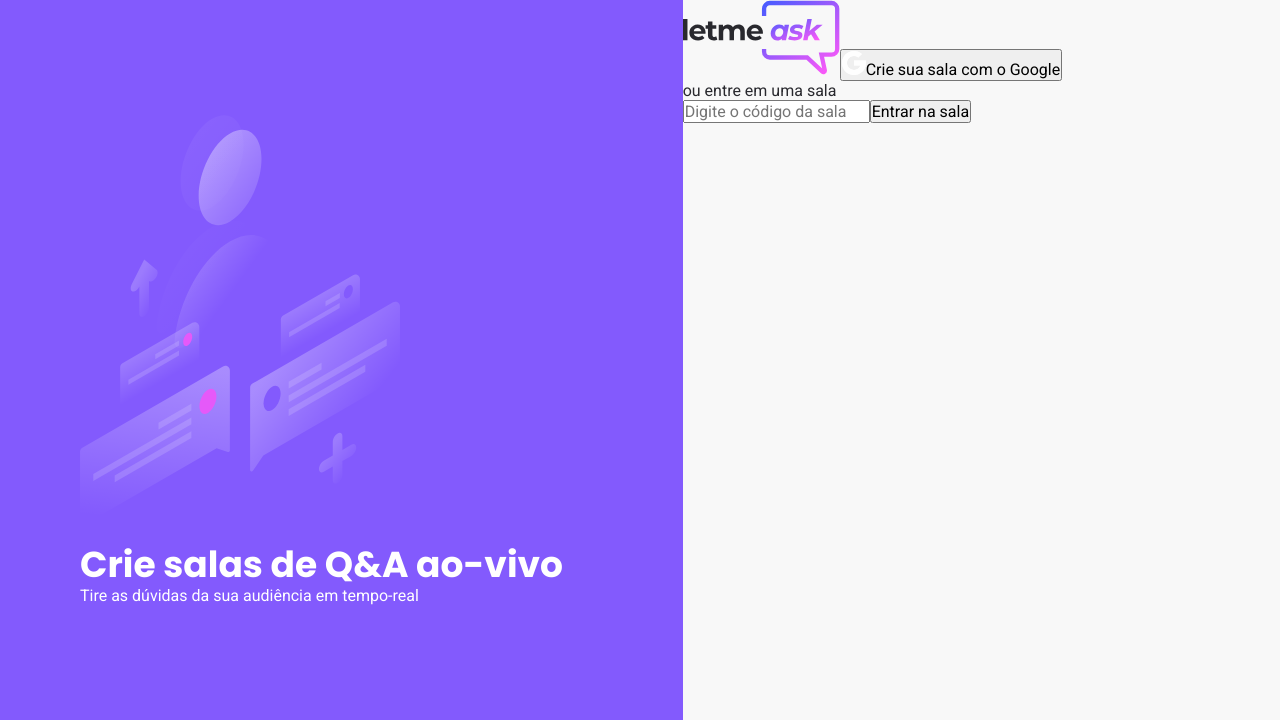
Repository: lucaslopesdevv/letmeask
Page: /
An editor plug-in stored every save of this project. The page is shown before and after the next save, followed by the edit.
The browser window is 1280 px wide. The pictures show the whole page.
The page's requests for data from a server got no answer. The project was rebuilt for these pictures with package versions that can differ from the ones it lists, and the page was loaded fresh each time. No one was signed in, and anything a server would have sent is missing.

Above is the page before, as saved 2021-12-11 17:00:25.

### public/index.html
<!DOCTYPE html>
<html lang="en">

<head>
  <meta charset="utf-8" />
  <meta name="viewport" content="width=device-width, initial-scale=1" />

  <link rel="preconnect" href="https://fonts.googleapis.com">
  <link rel="preconnect" href="https://fonts.gstatic.com" crossorigin>
  <link href="https://fonts.googleapis.com/css2?family=Poppins:wght@400;700&family=Roboto:wght@400;500&family=Ubuntu:wght@400;500;700&display=swap"rel="stylesheet">

  <title>Letmeask</title>
</head>

<body>
  <noscript>You need to enable JavaScript to run this app.</noscript>
  <div id="root"></div>
</body>

</html>

### src/index.tsx
import React from 'react';
import ReactDOM from 'react-dom';
import App from './App';

import './services/firebase';

import './styles/global.scss'

ReactDOM.render(
  <React.StrictMode>
    <App />
  </React.StrictMode>,
  document.getElementById('root')
);

### src/services/firebase.ts
import firebase from 'firebase/compat/app';

import 'firebase/compat/auth';
import 'firebase/compat/database';

const firebaseConfig = {
    apiKey: process.env.REACT_APP_API_KEY,
    authDomain: process.env.REACT_APP_AUTH_DOMAIN,
    databaseURL: process.env.REACT_APP_DATABASE_URL,
    projectId: process.env.REACT_APP_PROJECT_ID,
    storageBucket: process.env.REACT_APP_STORAGE_BUCKET,
    messagingSenderId: process.env.REACT_APP_MESSAGE_SENDER_ID,
    appId: process.env.REACT_APP_APP_ID
};

firebase.initializeApp(firebaseConfig);

export const auth = firebase.auth();

export const database = firebase.database();

### src/styles/global.scss
*{
    margin: 0;
    padding: 0;
    box-sizing: border-box;
}

body{
    background: #f8f8f8;
    color: #29292e;
}

body, input, button, textarea{
    font: 400 16px 'Roboto', sans-serif;
}

### src/pages/Home.tsx
import imgIllustration from '../assets/images/illustration.svg';
import imgLogo from '../assets/images/logo.svg';
import imgGoogleIcon from '../assets/images/google-icon.svg';

import '../styles/auth.scss';

export function Home(){
    return(
        <div id="page-auth">
            <aside>
                <img src={imgIllustration} alt="Ilustração simbolizando perguntas e respostas" />
                <strong>Crie salas de Q&amp;A ao-vivo</strong>
                <p>Tire as dúvidas da sua audiência em tempo-real</p>
            </aside>
            <main>
                <div>
                    <img src={imgLogo} alt="Letmeask" />
                    <button>
                        <img src={imgGoogleIcon} alt="Logo do Google" />
                        Crie sua sala com o Google
                    </button>
                    <div>ou entre em uma sala</div>
                    <form>
                        <input
                        type="text"
                        placeholder="Digite o código da sala"
                        />
                        <button type="submit">
                            Entrar na sala
                        </button>
                    </form>
                </div>
            </main>
        </div>
    )
}

### src/styles/auth.scss
#page-auth{
    display: flex;
    align-items: stretch;
    height: 100vh;
}

aside{
    flex: 7;

    background: #835afd;
    color: #fff;

    display: flex;
    flex-direction: column;
    justify-content: center;

    padding: 120px 80px;

    img {
        max-width: 320px;
    }

    strong {
        font: 700 36px 'Poppins', sans-serif;
        line-height: 42px;
        margin-top: 16px;
    }
}

main{
    flex: 8;
}

Loaded but not shown: src/App.tsx (common file)

After the next save:
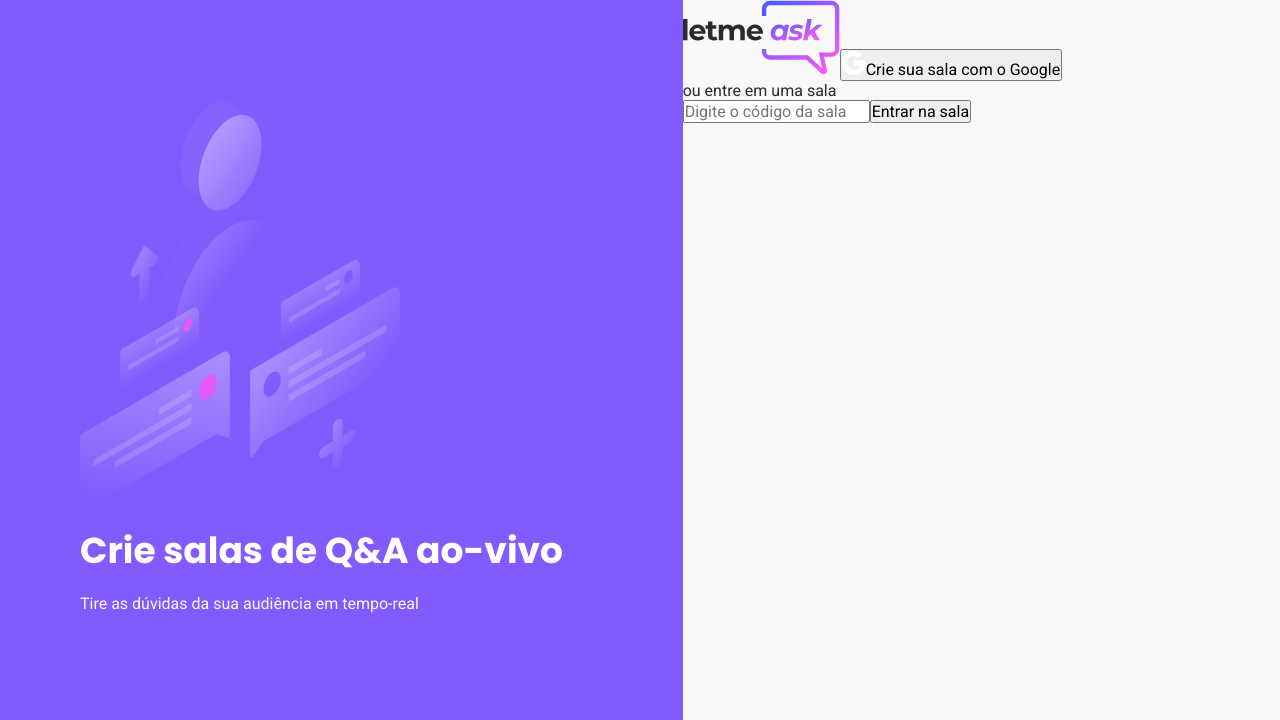
Saved 35 s later.
--- a/src/styles/auth.scss
+++ b/src/styles/auth.scss
@@ -25,6 +25,13 @@
         line-height: 42px;
         margin-top: 16px;
     }
+
+    p{
+        font: 24px;
+        line-height: 32px;
+        margin-top: 16px;
+        color: #f8f8f8;
+    }
 }
 
 main{
